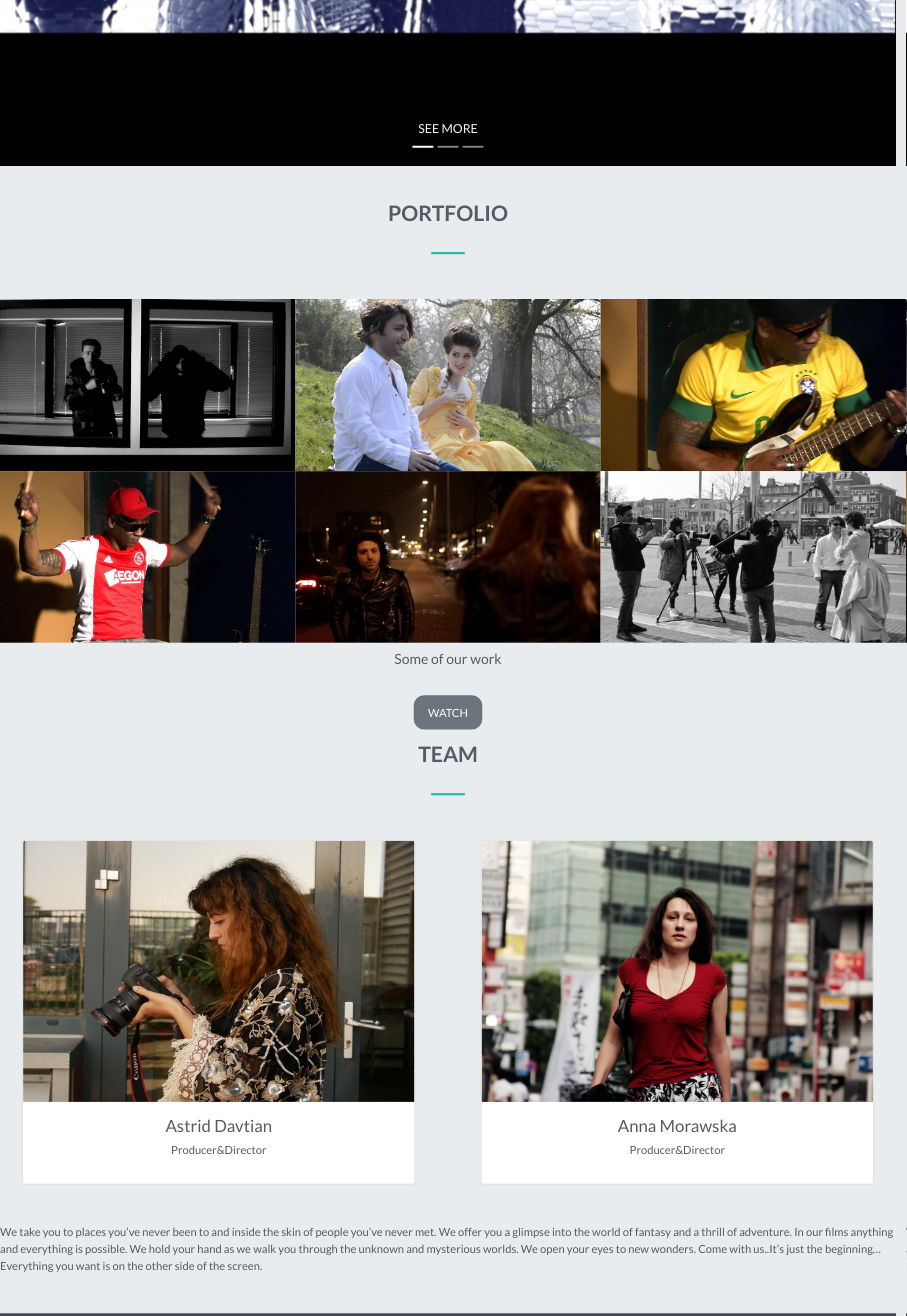
Repository: amorawskanew/My-first-website1
Page: index.html
The author's editor kept a record of every edit. The page is drawn from the files as they stood at one moment, then again after the next edit.
The browser window is 1280 px wide. The page is 1295 px wide, so the pictures cover 1295 px, including what lies to the right of the window. The pictures show the part of the page from y = 483 to 2363 px (the page is 2703 px tall), at 70% of full size.
Some web fonts or font styles are not loaded; a fallback is used. Some web libraries are served in a nearby version.

Above is the page before.

### index.html
<!DOCTYPE html>
<html lang="en">

<head>
  <meta charset="UTF-8">
  <meta name="viewport" content="width=device-width, initial-scale=1.0">
  <meta http-equiv="X-UA-Compatible" content="ie=edge">
  <link rel="stylesheet" href="https://maxcdn.bootstrapcdn.com/bootstrap/4.2.1/css/bootstrap.min.css" type="text/css" />
  <link rel="stylesheet" href="https://maxcdn.bootstrapcdn.com/font-awesome/4.7.0/css/font-awesome.min.css" type="text/css" />

  <link rel="stylesheet" href="style.css">
  <link rel="stylesheet" href="css/fixed.css">
</head>

<body data-spy="scroll" data-target="#navbarResponsive">

  <!--start home section-->

  <div id="home">

    <!--Navigation-->

    <nav class="navbar navbar-expand-md navbar-dark bg-dark fixed-top">

      <p>A&A</p>
      <button class="navbar-toggler" type="button" data-toggle="collapse" data-target="#navbarResponsive">
     <span class="navbar-toggler-icon"></span>
 </button>

      <div class="collapse navbar-collapse" id="navbarResponsive">
        <ul class="navbar-nav ml-auto">
          <li class="nav-item">
            <a class="nav-link" href="#home">Home</a>
          </li>
          <li class="nav-item">
            <a class="nav-link" href="#portfolio">Portfolio</a>
          </li>
          <li class="nav-item">
            <a class="nav-link" href="#team">Team</a>
          </li>
          <li class="nav-item">
            <a class="nav-link" href="#contact">Contact</a>
          </li>
        </ul>
      </div>
    </nav>




    <!--start image slider-->
    <div id="carouselExampleIndicators" class="carousel slide" data-ride="carousel" data-interval="7000">
      <ol class="carousel-indicators">
        <li data-target="#carouselExampleIndicators" data-slide-to="0" class="active"></li>
        <li data-target="#carouselExampleIndicators" data-slide-to="1"></li>
        <li data-target="#carouselExampleIndicators" data-slide-to="2"></li>
      </ol>
      <div class="carousel-inner" role="listbox">
        <!--slide 1-->
        <div class="carousel-item active" style="background-image: url(img/Frame-2.jpg);" alt="img/img/Frame-2.jpg">
          <div class="carousel-caption text-center">
            <h1>We tell stories</h1>
            <a class="button btn-outline-light btn-lg" href="#portfolio"> See more</a>
          </div>
        </div>

        <!--slide 2-->
        <div class="carousel-item" style="background-image: url(img/FRAMe_3.jpg);" alt="img/FRAMe_3.jpg"></div>

        <!--slide 3-->
        <div class="carousel-item" style="background-image: url(img/W.Haarlem.shooting.jpg);" alt="img/W.Haarlem.shooting.jpg"></div>
      </div>

      <!--end carousel-inner-->

      <!--prev&next buttons-->

      <a class="carousel-control-prev" href="#carouselExampleIndicators" role="button" data-slide="prev">
    <span class="carousel-control-prev-icon" aria-hidden="true"></span>
    <span class="sr-only">Previous</span>
  </a>
      <a class="carousel-control-next" href="#carouselExampleIndicators" role="button" data-slide="next">
    <span class="carousel-control-next-icon" aria-hidden="true"></span>
    <span class="sr-only">Next</span>
  </a>
    </div>

    <!--end of image slider-->


  </div>


  <!--end home section-->


  <!--start PORTFOLIO SECTION-->

  <div id="portfolio" class="offset">

    <div class="jumbotron container-fluid">
      <h3 class="heading">Portfolio</h3>
      <div class="heading-underline"></div>
    </div>


    <div class="row no-padding">

      <div class="col-sm-4">
        <div class="portfolio>">
          <a href="img/W.Film Noir.jpg" target="_blank">
          <img src="img/W.Film Noir.jpg">
          </a>
        </div>
      </div>



      <div class="col-sm-4">
        <div class="portfolio>">
          <a href="img/W.Holoream.jpg" target="_blank">
          <img src="img/W.Holoream.jpg">
          </a>
        </div>
      </div>


      <div class="col-sm-4">
        <div class="portfolio>">

          <a href="img/W.Milan.jpg" target="_blank">
          <img src="img/W.Milan.jpg">
          </a>
        </div>
      </div>


      <div class="col-sm-4">
        <div class="portfolio>">
          <a href="img/W.Milan1.jpg" target="_blank">
          <img src="img/W.Milan1.jpg">
          </a>
        </div>
      </div>



      <div class="col-sm-4">
        <div class="portfolio>">
          <a href="img/W.Tommy.Video.jpg" target="_blank">
          <img src="img/W.Tommy.Video.jpg">
          </a>
        </div>
      </div>


      <div class="col-sm-4">
        <div class="portfolio>">
          <a href="img/W.PjDexEpZSQCEN6ft97mkTA_thumb_f36.jpg" target="_blank">
          <img src="img/W.PjDexEpZSQCEN6ft97mkTA_thumb_f36.jpg">
          </a>
        </div>
      </div>

    </div>

    <div class="narrow text-center">
      <div class="col-12">
        <p class="lead"> Some of our work</p>
        <a class="btn btn-secondary btn-md" href="https://vimeo.com/335774954" target="_blank">WATCH</a>

      </div>

    </div>


  </div>

  <!--end row->



    </div><!--end jumbotron-->



  <!--end portfolio section-->

  <!--start team section-->
  <div class=wrapper>
    <div id="team" class="offset">
      <div class="col-12 text-center">
        <h3 class="heading">Team</h3>
        <div class="heading-underline"></div>
      </div>
      <div class="row padding">
        <div class="col-md-6">
          <div class="card text-center">
            <img class="card-img-top" src="img/W.ASTRID.jpg">
            <div class="card-body">
              <h4>Astrid Davtian</h4>
              <p>Producer&Director</p>
            </div>
          </div>
        </div>

        <div class="col-md-6">
          <div class="card text-center">
            <img class="card-img-top" src="img/054.JPG ">
            <div class="card-body">
              <h4>Anna Morawska</h4>
              <p>Producer&Director</p>
            </div>
          </div>
        </div>

      </div>
      <!--end of row-->
    </div>
  </div>

  <!--end team section-->
<!--text-->
  <div>
   <br> <p class= narrow text" >We take you to places you’ve never been to and inside the skin of people you’ve never met. We offer you a glimpse into the world of fantasy and a thrill of adventure.

    In our films anything and everything is possible. We hold your hand as we walk you through the unknown and mysterious worlds. We open your eyes to new wonders.
    Come with us..It’s just the beginning…Everything you want is on the other side of the screen.</p>
    </p><br>
  </div>

  <!--start contact section-->
  <footer>

    <div id="contact" class="offset"></div>
    <div class="row justify-content-center">
      <div class="col-md-5">
        <p> We ctreate art 4 U </p>
        <strong>Contact info</strong>
        <p>(31) 6 13074449<br>amorawska@yahoo.com</p>
        <a href="https://vimeo.com/manage/videos" target="_blank"><i class="fab fa-vimeo" aria-hidden="true"></i></a>
        <a href="https://www.facebook.com/anna.morawska" target="_blank"><i class="fab fa-facebook-square"></i></a>
        <a href="https://www.instagram.com/morawska690/" target="_blank"><i class="fab fa-instagram"></i></a>
      </div>
      <hr class="socket"> &copy;Anna Morawska

    </div>
    <!--end of row-->
  </footer>

  <!--end-->


  <script src=" https://use.fontawesome.com/releases/v5.6.1/js/all.js"></script>
  <script src="https://code.jquery.com/jquery-3.4.1.slim.min.js"></script>
  <script src="https://cdnjs.cloudflare.com/ajax/libs/popper.js/1.15.0/umd/popper.min.js"></script>
  <script src="https://stackpath.bootstrapcdn.com/bootstrap/4.3.1/js/bootstrap.min.js"></script>

</body>

</html>

### style.css
@import url('https://fonts.googleapis.com/css?family=Lato:400,700');
@import url('https://fonts.googleapis.com/css?family=Raleway,:300,400,500,700,900');
@import url('https://fonts.googleapis.com/css?family=Great+Vibes&display=swap |font-effect-fire-animation');

body {

    overflow-x: hidden;
    font-family: 'Lato', sans-serif;
    color: #585962;
     background-color:#e9ecef;
    width:100%;



}

.offset:before {
    height: 3.8rem;
    margin-top: -3.8rem;
    content: "";
    display: block;

}

/*Navbar style*/

.navbar {
    text-transform: uppercase;
    font-weight: 700;
    font-size: .9rem;
    background: rgba(0, 0, 0, .6);
    color:white;

}

.navbar-nav li {
    padding-right: .7rem;

}

.navbar-dark .navbar-nav .nav-link {

    color: white;
    padding-top: .8rem;
}

.navbar-dark .navbar-nav .nav-link .active,
.navbar-dark .navbar-nav .nav-link:hover {
    color: #f54295;
}

/*--slider--*/


.carousel-item {
    height: 100vh;
    background-size: cover;
    background-repeat: no-repeat;
    width:100%;

}

/*---remove it---*/
.carousel-caption h1{
    font-size:6rem;
    font-weight  :500;
     font-family: 'Great Vibes';
    color:white;
    text-align:center;
    background-color:no;
    margin-bottom:15rem;
    text-shadow:.1rem .1rem .5rem black;
}

/*---up to here--*/

.btn-lg {
    border-width: medium;
    border-radius: 10px;
    font-size: 1.1rem;
    text-transform: uppercase;
}


/*-----*/



.btn-md {
    border-width: medium;
    border-radius: 15px;
    padding: .6rem 1.1rem;
    text-transform: uppercase;
    margin: 1rem;
}

/* text above portfolio--*/

.jumbotron {
    border-radius: 0;
    padding: 3rem 0 2rem;
    margin-bottom:0;

}

 .heading  {
    font-size: 1.9rem;
    font-weight: 700;
    text-transform: uppercase;
    padding-bottom: 1.9rem;
    text-align: center;
}


.heading-underline {
    width: 3rem;
    height: .2rem;
    background-color: #1ebba3;
    margin: 0 auto 2rem;
}
/*--portfolio---*/


  .col-sm-4 img {

    transition:transform .5s ease;
    background-size: cover;
   max-width:100%;
    padding:0;
    margin:0;

}

.no-padding .col-sm-4
   {
        padding:0;
    }

.col-sm-4 img:hover {
      transform: scale(1.1);
      cursor: zoom-in;
  }
  .portfolio {
      overflow:hidden;

  }

   /*---text --some of our work --*/

  .lead{
      padding:.4rem;

  }

 .narrow-text-text: center  {

  }
      /*team----*/
      .card {
          margin: 2rem;

      }

      /*---contact--*/

    footer {
    text-align:center;
    background-color:#40474e;
    color:white;
    padding: 2rem 0 3rem;
    margin-top: 1rem;
    width:100%;

    }

    footer a {
        color:white;
    }

    footer svg.svg-inline--fa {
        font-size:1.6rem;
        margin: 1.2rem .5rem 0 0;
    }

    footer svg.svg-inline--fa:hover {
        color:#f54295;
    }

    hr.socket{
        border-top: 2rem solid #666b71;
        width:100%;
    }

     /*--media queries--*/

   @media (max-width:767px) {
   .btn-lg {
       font-size: 1.1rem;
   }
   .carousel-caption h1 {
    font-size:3rem;
    margin-bottom:15rem;

}

}

Loaded but not shown: css/fixed.css (no stored copy; drawn as an empty file)

After the next edit:
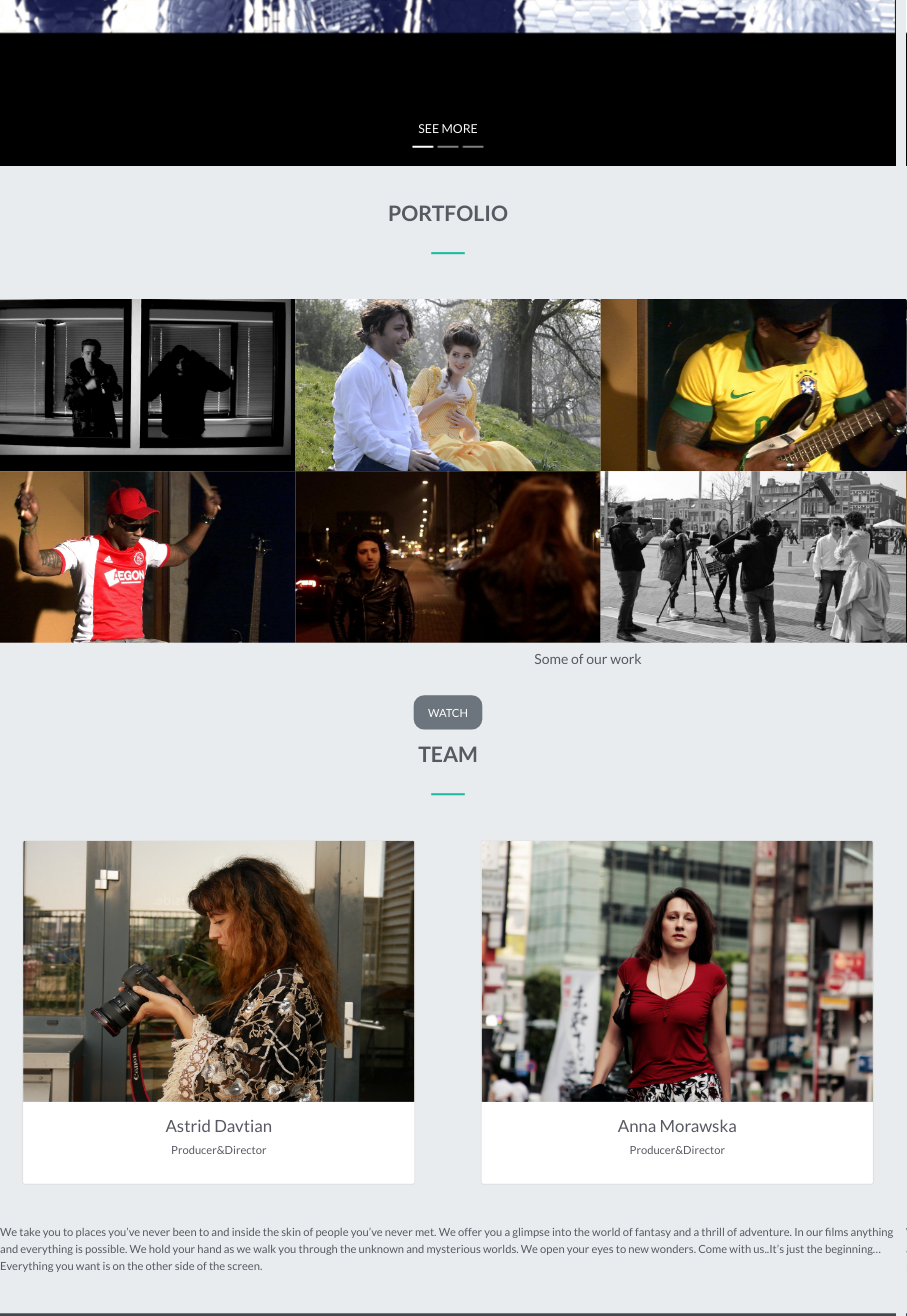
The edit:
--- a/style.css
+++ b/style.css
@@ -149,7 +149,7 @@
 
   .lead{
       padding:.4rem;
-
+      margin-left:25rem;
   }
 
  .narrow-text-text: center  {

After the edit that followed:
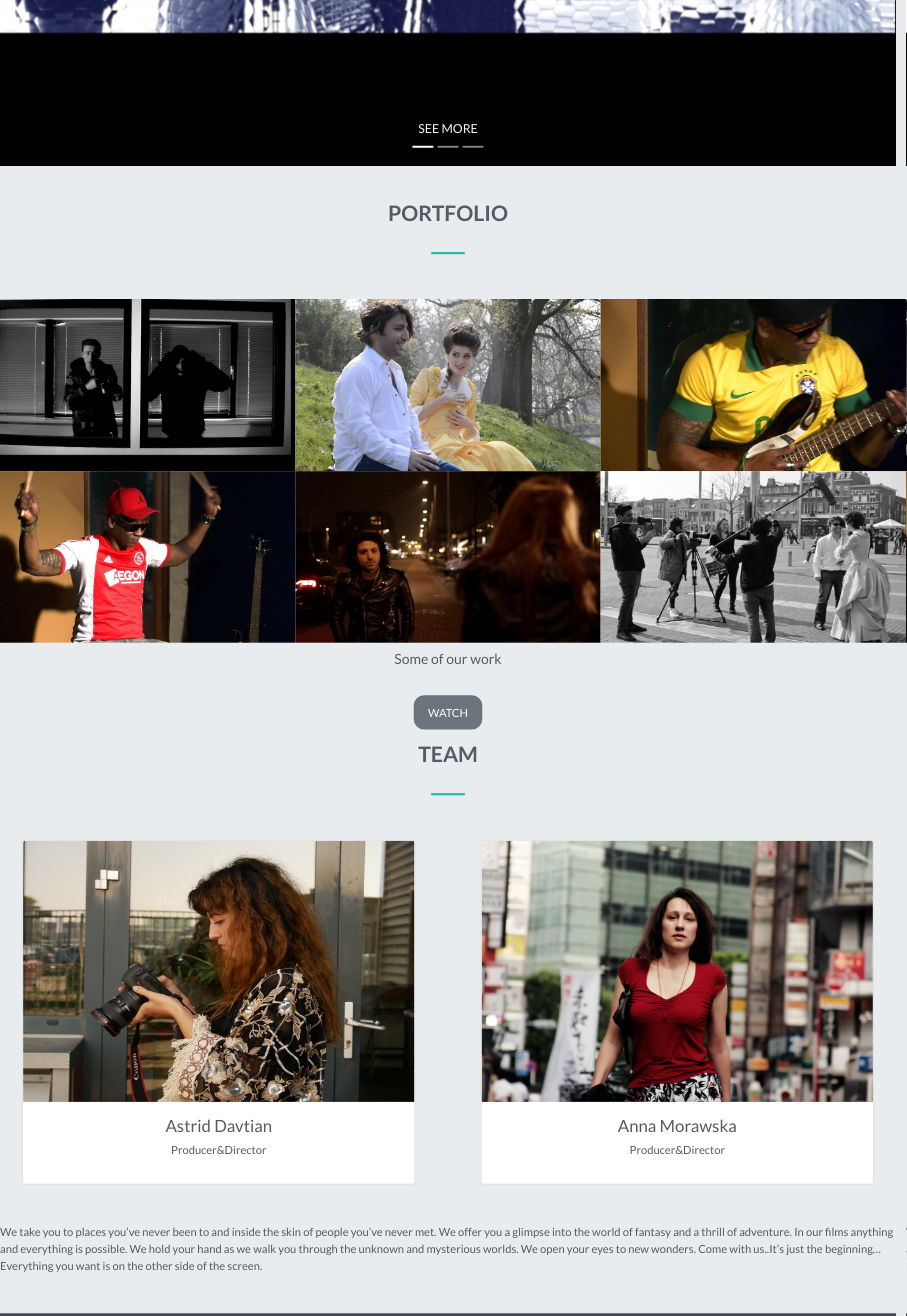
The edit:
--- a/style.css
+++ b/style.css
@@ -149,10 +149,7 @@
 
   .lead{
       padding:.4rem;
-      margin-left:25rem;
-  }
-
- .narrow-text-text: center  {
+
 
   }
       /*team----*/
